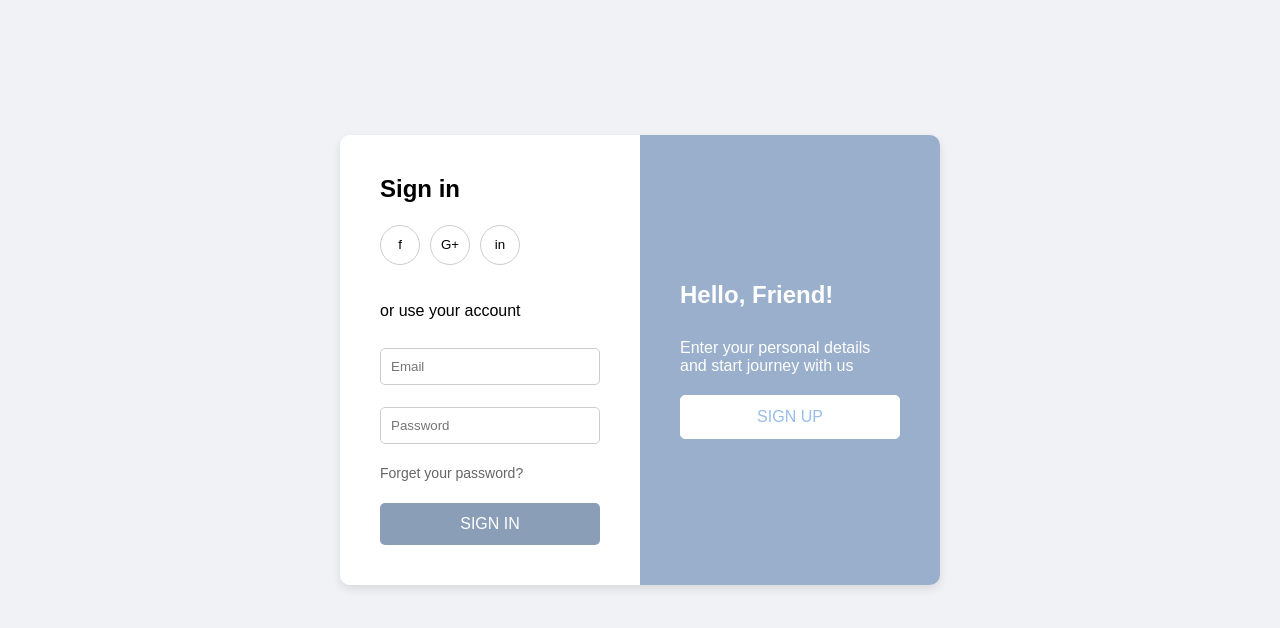
Repository: lavanya787/ml_system
Page: http://localhost/
The author's editor kept a copy of each file at every save. The page is drawn from the files as they stood at one save, then again after the next save.
The browser window is 1280 px wide. The pictures show the whole page.
The page is served by the project's application, run on Flask 3 (flask_app.py).

Above is the page before, as saved 2025-06-04 11:14:37.

After the next save:
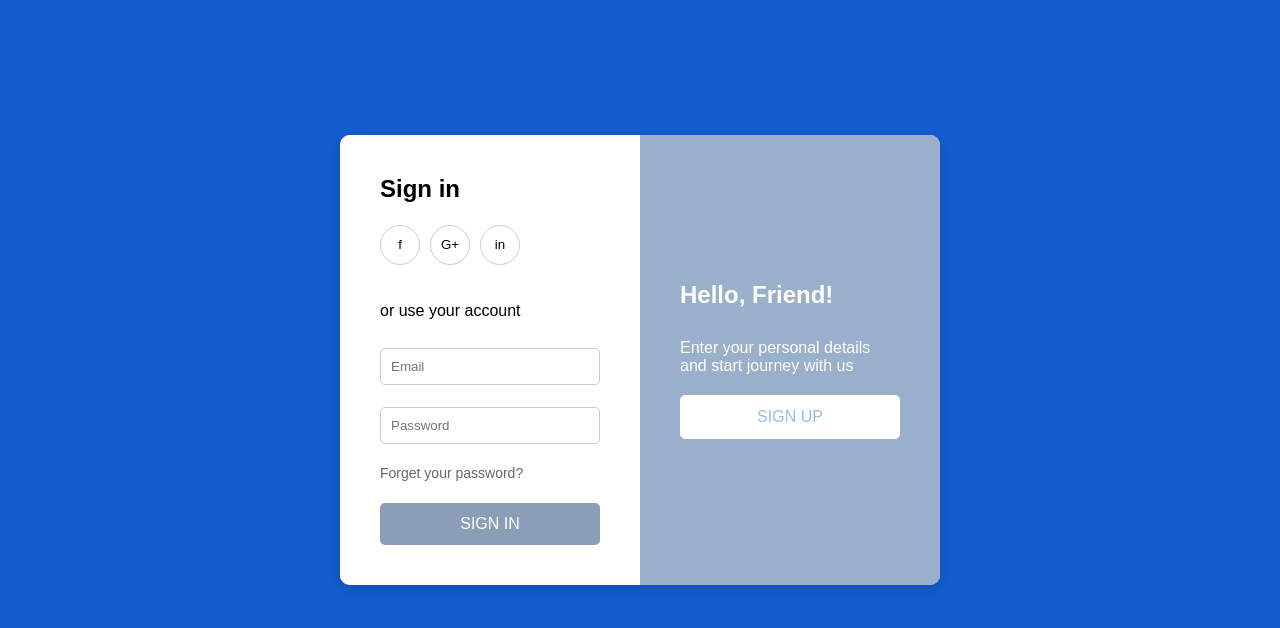
Saved 30 s later.
--- a/static/style.css
+++ b/static/style.css
@@ -5,7 +5,7 @@ body {
     align-items: center;
     height: 100vh;
     margin: 0;
-    background-color: #f0f2f5; /* Subtle gray */
+    background-color: #125ccb; /* Subtle gray */
     position: relative;
 }
 
